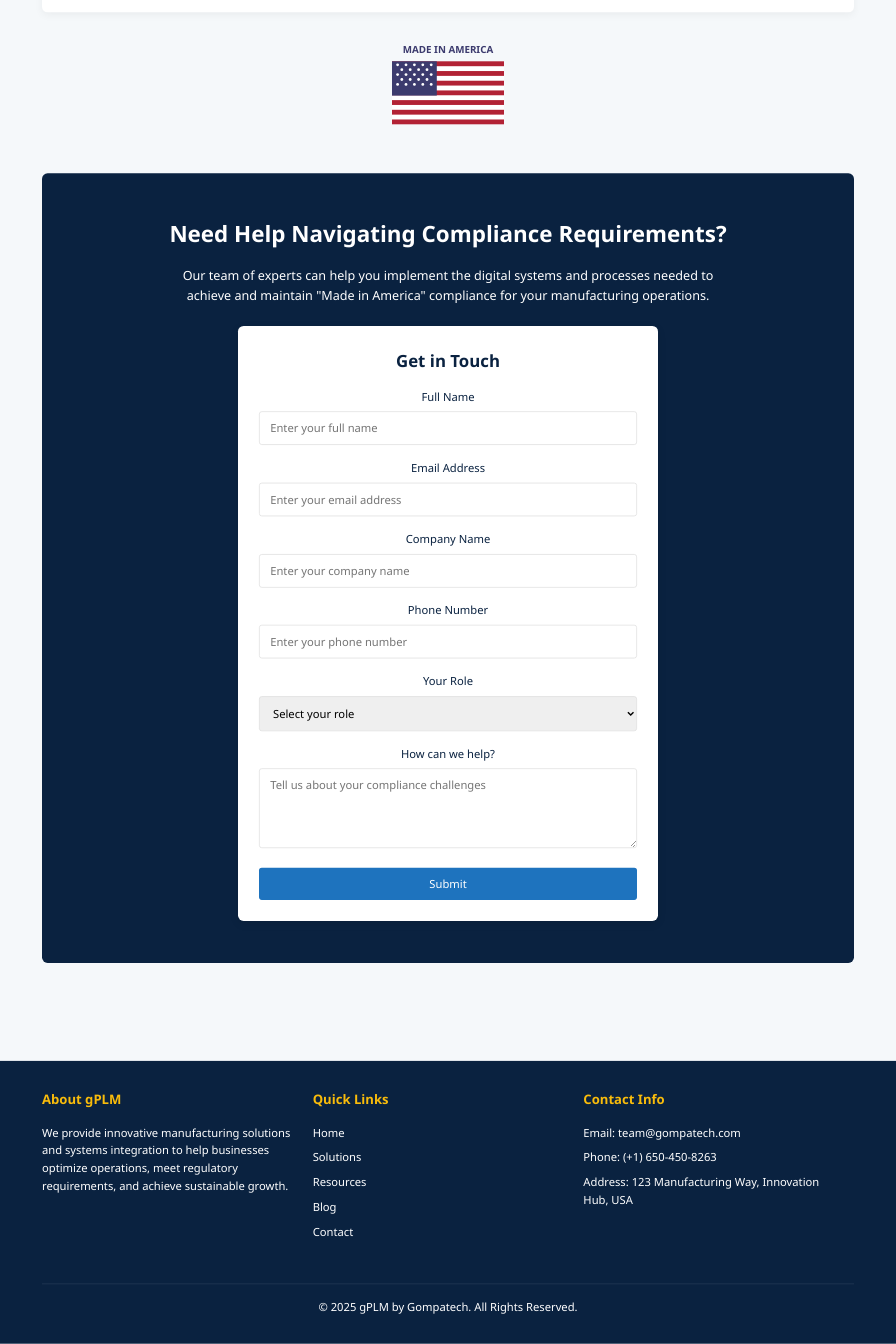
Repository: gompaBlogs/website
Page: mia.html
These files come from the project's save history. The page is drawn as it stood at one moment and after the next save; the edit follows.
The browser window is 1280 px wide. The pictures show the part of the page from y = 2531 to 4451 px (the page is 4451 px tall), at 70% of full size.

Above is the page before, as saved 2025-04-30 14:45:30.

### mia.html
<!DOCTYPE html>
<html lang="en">
<head>
    <meta charset="UTF-8">
    <meta name="viewport" content="width=device-width, initial-scale=1.0">
    <title>Unlocking Compliance: The Digital Backbone behind "Made in America" | gPLM Blog</title>
    <style>
        :root {
            --primary-color: #0a2240;
            --secondary-color: #1e73be;
            --accent-color: #f9bc0b;
            --text-color: #333;
            --light-bg: #f5f8fa;
            --white: #ffffff;
        }

        * {
            margin: 0;
            padding: 0;
            box-sizing: border-box;
            font-family: 'Segoe UI', Tahoma, Geneva, Verdana, sans-serif;
        }

        body {
            color: var(--text-color);
            line-height: 1.6;
            background-color: var(--light-bg);
        }

        .container {
            width: 100%;
            max-width: 1200px;
            margin: 0 auto;
            padding: 0 20px;
        }

        header {
            background-color: var(--primary-color);
            padding: 15px 0;
            box-shadow: 0 2px 10px rgba(0, 0, 0, 0.1);
            position: fixed;
            width: 100%;
            top: 0;
            z-index: 1000;
        }

        .header-content {
            display: flex;
            justify-content: space-between;
            align-items: center;
        }

        .logo {
            color: var(--white);
            font-size: 24px;
            font-weight: bold;
            text-decoration: none;
        }

        nav ul {
            display: flex;
            list-style: none;
        }

        nav ul li {
            margin-left: 25px;
        }

        nav ul li a {
            color: var(--white);
            text-decoration: none;
            transition: color 0.3s ease;
            font-weight: 500;
            font-size: 16px;
        }

        nav ul li a:hover {
            color: var(--accent-color);
        }

        .banner {
            margin-top: 80px;
            background-color: var(--secondary-color);
            color: var(--white);
            text-align: center;
            padding: 60px 20px;
            border-radius: 8px;
            box-shadow: 0 4px 12px rgba(0, 0, 0, 0.1);
            background-image: linear-gradient(rgba(10, 34, 64, 0.85), rgba(10, 34, 64, 0.85)), url('/api/placeholder/1200/400');
            background-size: cover;
            background-position: center;
        }

        .banner h1 {
            font-size: 36px;
            margin-bottom: 20px;
        }

        .banner p {
            font-size: 18px;
            max-width: 800px;
            margin: 0 auto;
        }

        .blog-content {
            padding: 40px 0;
        }

        .blog-post {
            background-color: var(--white);
            border-radius: 8px;
            box-shadow: 0 4px 12px rgba(0, 0, 0, 0.05);
            padding: 40px;
            margin-bottom: 40px;
        }

        .blog-post h2 {
            color: var(--primary-color);
            margin-bottom: 20px;
            font-size: 28px;
        }

        .blog-post h3 {
            color: var(--secondary-color);
            margin: 25px 0 15px;
            font-size: 22px;
        }

        .blog-meta {
            color: #777;
            font-size: 14px;
            margin-bottom: 30px;
            display: flex;
            align-items: center;
            border-bottom: 1px solid #eee;
            padding-bottom: 15px;
        }

        .blog-meta span {
            margin-right: 20px;
            display: flex;
            align-items: center;
        }

        .blog-meta i {
            margin-right: 5px;
        }

        .blog-post p {
            margin-bottom: 20px;
            font-size: 16px;
        }

        .blog-post ul, .blog-post ol {
            margin-bottom: 20px;
            padding-left: 40px;
        }

        .blog-post li {
            margin-bottom: 10px;
        }

        .blog-post strong {
            color: var(--primary-color);
        }

        .quote {
            background-color: var(--light-bg);
            border-left: 4px solid var(--secondary-color);
            padding: 20px;
            margin: 20px 0;
            font-style: italic;
        }

        .cta-section {
            background-color: var(--primary-color);
            color: var(--white);
            text-align: center;
            padding: 60px 20px;
            border-radius: 8px;
            margin-bottom: 40px;
        }

        .cta-section h3 {
            font-size: 32px;
            margin-bottom: 20px;
        }

        .cta-section p {
            margin-bottom: 30px;
            font-size: 18px;
            max-width: 800px;
            margin-left: auto;
            margin-right: auto;
        }

        .form-container {
            background-color: var(--white);
            border-radius: 8px;
            padding: 30px;
            box-shadow: 0 4px 12px rgba(0, 0, 0, 0.1);
            max-width: 600px;
            margin: 0 auto;
        }

        .form-container h3 {
            color: var(--primary-color);
            margin-bottom: 20px;
            font-size: 24px;
            text-align: center;
        }

        .form-group {
            margin-bottom: 20px;
        }

        .form-group label {
            display: block;
            margin-bottom: 8px;
            font-weight: 500;
            color: var(--primary-color);
        }

        .form-control {
            width: 100%;
            padding: 12px 15px;
            border: 1px solid #ddd;
            border-radius: 4px;
            font-size: 16px;
        }

        .btn {
            display: inline-block;
            background-color: var(--secondary-color);
            color: var(--white);
            padding: 12px 25px;
            border: none;
            border-radius: 4px;
            cursor: pointer;
            font-size: 16px;
            font-weight: 500;
            transition: background-color 0.3s ease;
        }

        .btn:hover {
            background-color: var(--accent-color);
        }

        .btn-block {
            display: block;
            width: 100%;
        }

        .made-in-america {
            display: flex;
            justify-content: center;
            margin: 40px 0;
        }

        footer {
            background-color: var(--primary-color);
            color: var(--white);
            padding: 40px 0;
            margin-top: 60px;
        }

        .footer-content {
            display: flex;
            justify-content: space-between;
            flex-wrap: wrap;
        }

        .footer-section {
            flex: 1;
            margin-right: 30px;
            min-width: 250px;
            margin-bottom: 30px;
        }

        .footer-section h3 {
            margin-bottom: 20px;
            color: var(--accent-color);
        }

        .footer-section ul {
            list-style: none;
        }

        .footer-section ul li {
            margin-bottom: 10px;
        }

        .footer-section ul li a {
            color: var(--white);
            text-decoration: none;
            transition: color 0.3s ease;
        }

        .footer-section ul li a:hover {
            color: var(--accent-color);
        }

        .footer-bottom {
            text-align: center;
            padding-top: 20px;
            border-top: 1px solid rgba(255, 255, 255, 0.1);
            margin-top: 20px;
        }

        @media screen and (max-width: 768px) {
            nav ul {
                display: none;
            }

            .footer-section {
                flex: 100%;
                margin-right: 0;
            }

            .blog-post {
                padding: 25px;
            }

            .banner h1 {
                font-size: 28px;
            }
        }
    </style>
</head>
<body>
    <header>
        <div class="container header-content">
            <a href="#" class="logo">gPLM Blog</a>
            <nav>
                <ul>
                    <li><a href="https://gplm.gompatech.com">Home</a></li>
                    <li><a href="https://blogs.gompatech.com">Blog</a></li>
                    <li><a href="#">Solutions</a></li>
                    <li><a href="#">Resources</a></li>
                    <li><a href="#">Contact</a></li>
                </ul>
            </nav>
        </div>
    </header>

    <div class="container">
        <div class="banner">
            <h1>Unlocking Compliance: The Digital Backbone behind "Made in America"</h1>
            <p>How modern manufacturing systems enable regulatory compliance and supply chain transparency</p>
        </div>

        <div class="blog-content">
            <div class="blog-post">
                <div class="blog-meta">
                    <span><i>📅</i> April 27, 2025</span>
                    <span><i>👤</i> By Siddharth Solanki</span>
                    <span><i>🏷️</i> Engineering Leadership, Compliance, Manufacturing</span>
                    <span><i>👥</i> Target Audience: VP of Engineering, Engineering Director</span>
                </div>

                <p>The ground beneath the manufacturing landscape is shifting. Regulations like "Made in America" and the "Build America, Buy America" (BABA) Act aren't just policy papers; they are fundamental changes impacting how we design, source, and build the critical engineering product solutions – that our customers rely on and that have made us an industry leader.</p>

                <p>Compliance isn't optional; it's essential for market access, customer trust, and maintaining the competitive edge. As an example, while working for a major pipeline solutions OEM in Tulsa, we were bidding for a federally funded project. Federal contractors for such projects may be required to prove the US-manufacturing location of the steel used per executive order on Strengthening Buy-American Preferences for Infrastructure Projects, specifically Sec. 3:</p>

                <div class="quote">
                    "to the extent consistent with law, encourage recipients of new Federal financial assistance awards pursuant to a covered program to use, to the greatest extent practicable, iron and aluminum as well as steel, cement, and other manufactured products produced in the United States in every contract, subcontract, purchase order, or sub‑award that is chargeable against such Federal financial assistance award."
                </div>

                <p>To the solutions architect in me, this compliance problem translated into a traceability problem, and information systems were the obvious answer. How can our PLM, ERP, SCM, and related systems empower us not just to claim compliance, but to prove it, efficiently and accurately?</p>

                <p>Simply put, we need granular, reliable, and accessible data. Gut feelings or historical assumptions about our supply chain won't cut it anymore.</p>

                <h3>Here's the kind of information engineers need readily available from our digital backbone:</h3>

                <h3>1. From our Product Lifecycle Management (PLM) System:</h3>
                <ul>
                    <li><strong>Granular Bill of Materials (BOM) Data:</strong> We need BOMs that don't just list parts, but link directly to approved manufacturers and, critically, their manufacturing locations.</li>
                    <li><strong>Component & Material Specifications:</strong> Clear documentation specifying required material origins (e.g., US-origin steel) where applicable within the design itself.</li>
                    <li><strong>Approved Manufacturer List (AML) / Approved Vendor List (AVL) Integration:</strong> Which suppliers are approved to make specific components, and where are their certified manufacturing sites located? This needs to be tied directly to the component record.</li>
                    <li><strong>Revision Control Traceability:</strong> How has the sourcing or material specification for a component changed over time? We need to know the compliance status for products built before and after specific changes.</li>
                </ul>

                <h3>2. From our Enterprise Resource Planning (ERP) & Supply Chain Management (SCM) Systems:</h3>
                <ul>
                    <li><strong>Verified Supplier Country of Origin (CoO):</strong> Not just the supplier's headquarters address, but the specific CoO for the parts they supply us. This needs to be a mandatory, audited field in our supplier master data and purchase orders.</li>
                    <li><strong>Purchase Order History & Traceability:</strong> For a specific batch of finished goods, can we trace exactly which purchase orders fulfilled the component requirements and their stated CoO?</li>
                    <li><strong>Manufacturing Location Data:</strong> Where was the final assembly or significant transformation of our product conducted? For multi-site companies, this is crucial. Was it performed in a US facility?</li>
                    <li><strong>Cost Data Breakdown:</strong> BABA often involves calculating the percentage of component cost that is domestic. We need our ERP to accurately track material costs, link them to their CoO, and allow us to calculate this percentage reliably for different products or product lines.</li>
                    <li><strong>Supplier Certifications:</strong> A repository or linked system to store and manage supplier affidavits, certifications of domestic content, or other required compliance documents. This needs to be easily linked back to the supplier and the parts they provide.</li>
                    <li><strong>Inventory Segmentation (Potentially):</strong> Can we segment inventory based on CoO or compliance status if we have parallel sourcing (e.g., US-made vs. imported component X)?</li>
                </ul>

                <h3>3. Connecting the Dots (Integration is Key):</h3>
                <p>The real power comes when these systems talk seamlessly. I need to visualize the journey:</p>
                <ul>
                    <li>PLM defines the product structure and approved sources.</li>
                    <li>ERP/SCM executes the sourcing, purchasing, and manufacturing based on that structure, capturing actual CoO, cost, and production location data.</li>
                    <li>We need dashboards and reports that pull data from both systems to provide a holistic compliance view for a specific product, project, or customer order. Can we run a report today showing the calculated domestic content percentage for our top 10 products based on current purchasing data?</li>
                </ul>

                <h3>The Challenge Ahead:</h3>
                <p>Getting this data isn't just about flipping a switch. It likely means:</p>
                <ul>
                    <li><strong>Data Cleansing and Enrichment:</strong> Auditing and updating existing supplier and component records.</li>
                    <li><strong>Process Changes:</strong> Enforcing new data entry requirements at the point of purchasing or supplier onboarding.</li>
                    <li><strong>System Enhancements:</strong> Potentially configuring or customizing our PLM/ERP systems to better capture and report on this specific data.</li>
                    <li><strong>Supplier Collaboration:</strong> Working closely with our supply chain partners to get accurate and timely information.</li>
                </ul>

                <p>As engineers and leaders in the manufacturing industry, we thrive on precision and reliability. Applying that same rigor to our internal data management is now paramount. By demanding and leveraging the right information from our systems, we can confidently navigate these new regulations and continue to deliver the trusted solutions our industry depends on, built on a foundation of verifiable compliance.</p>
            </div>

            <div class="made-in-america">
                <svg width="200" height="150" viewBox="0 0 200 150">
                    <!-- American Flag -->
                    <rect x="20" y="30" width="160" height="90" fill="#B22234" />

                    <!-- White Stripes -->
                    <rect x="20" y="37" width="160" height="6.92" fill="#FFFFFF" />
                    <rect x="20" y="50.84" width="160" height="6.92" fill="#FFFFFF" />
                    <rect x="20" y="64.68" width="160" height="6.92" fill="#FFFFFF" />
                    <rect x="20" y="78.52" width="160" height="6.92" fill="#FFFFFF" />
                    <rect x="20" y="92.36" width="160" height="6.92" fill="#FFFFFF" />
                    <rect x="20" y="106.2" width="160" height="6.92" fill="#FFFFFF" />

                    <!-- Blue Field -->
                    <rect x="20" y="30" width="64" height="49" fill="#3C3B6E" />

                    <!-- Stars (simplified) -->
                    <g fill="#FFFFFF">
                        <!-- Row 1 -->
                        <circle cx="28" cy="35" r="2" />
                        <circle cx="40" cy="35" r="2" />
                        <circle cx="52" cy="35" r="2" />
                        <circle cx="64" cy="35" r="2" />
                        <circle cx="76" cy="35" r="2" />

                        <!-- Row 2 -->
                        <circle cx="34" cy="42" r="2" />
                        <circle cx="46" cy="42" r="2" />
                        <circle cx="58" cy="42" r="2" />
                        <circle cx="70" cy="42" r="2" />

                        <!-- Row 3 -->
                        <circle cx="28" cy="49" r="2" />
                        <circle cx="40" cy="49" r="2" />
                        <circle cx="52" cy="49" r="2" />
                        <circle cx="64" cy="49" r="2" />
                        <circle cx="76" cy="49" r="2" />

                        <!-- Row 4 -->
                        <circle cx="34" cy="56" r="2" />
                        <circle cx="46" cy="56" r="2" />
                        <circle cx="58" cy="56" r="2" />
                        <circle cx="70" cy="56" r="2" />

                        <!-- Row 5 -->
                        <circle cx="28" cy="63" r="2" />
                        <circle cx="40" cy="63" r="2" />
                        <circle cx="52" cy="63" r="2" />
                        <circle cx="64" cy="63" r="2" />
                        <circle cx="76" cy="63" r="2" />
                    </g>

                    <!-- Text overlay -->
                    <text x="100" y="18" font-family="Arial" font-size="14" font-weight="bold" text-anchor="middle" fill="#3C3B6E">MADE IN AMERICA</text>
                </svg>
            </div>

            <div class="cta-section">
                <h3>Need Help Navigating Compliance Requirements?</h3>
                <p>Our team of experts can help you implement the digital systems and processes needed to achieve and maintain "Made in America" compliance for your manufacturing operations.</p>
                <div class="form-container">
                    <h3>Get in Touch</h3>
                    <form>
                        <div class="form-group">
                            <label for="name">Full Name</label>
                            <input type="text" id="name" class="form-control" placeholder="Enter your full name" required>
                        </div>
                        <div class="form-group">
                            <label for="email">Email Address</label>
                            <input type="email" id="email" class="form-control" placeholder="Enter your email address" required>
                        </div>
                        <div class="form-group">
                            <label for="company">Company Name</label>
                            <input type="text" id="company" class="form-control" placeholder="Enter your company name">
                        </div>
                        <div class="form-group">
                            <label for="phone">Phone Number</label>
                            <input type="tel" id="phone" class="form-control" placeholder="Enter your phone number">
                        </div>
                        <div class="form-group">
                            <label for="role">Your Role</label>
                            <select id="role" class="form-control">
                                <option value="">Select your role</option>
                                <option value="VP Engineering">VP of Engineering</option>
                                <option value="Engineering Director">Engineering Director</option>
                                <option value="Supply Chain Manager">Supply Chain Manager</option>
                                <option value="Compliance Officer">Compliance Officer</option>
                                <option value="Other">Other</option>
                            </select>
                        </div>
                        <div class="form-group">
                            <label for="message">How can we help?</label>
                            <textarea id="message" class="form-control" rows="4" placeholder="Tell us about your compliance challenges"></textarea>
                        </div>
                        <button type="submit" class="btn btn-block">Submit</button>
                    </form>
                </div>
            </div>
        </div>
    </div>

    <footer>
        <div class="container">
            <div class="footer-content">
                <div class="footer-section">
                    <h3>About gPLM</h3>
                    <p>We provide innovative manufacturing solutions and systems integration to help businesses optimize operations, meet regulatory requirements, and achieve sustainable growth.</p>
                </div>
                <div class="footer-section">
                    <h3>Quick Links</h3>
                    <ul>
                        <li><a href="https://gplm.gompatech.com">Home</a></li>
                        <li><a href="#">Solutions</a></li>
                        <li><a href="#">Resources</a></li>
                        <li><a href="#">Blog</a></li>
                        <li><a href="#">Contact</a></li>
                    </ul>
                </div>
                <div class="footer-section">
                    <h3>Contact Info</h3>
                    <ul>
                        <li>Email: team@gompatech.com</li>
                        <li>Phone: (+1) 650-450-8263</li>
                        <li>Address: 123 Manufacturing Way, Innovation Hub, USA</li>
                    </ul>
                </div>
            </div>
            <div class="footer-bottom">
                <p>&copy; 2025 gPLM by Gompatech. All Rights Reserved.</p>
            </div>
        </div>
    </footer>
</body>
</html>

After the next save:
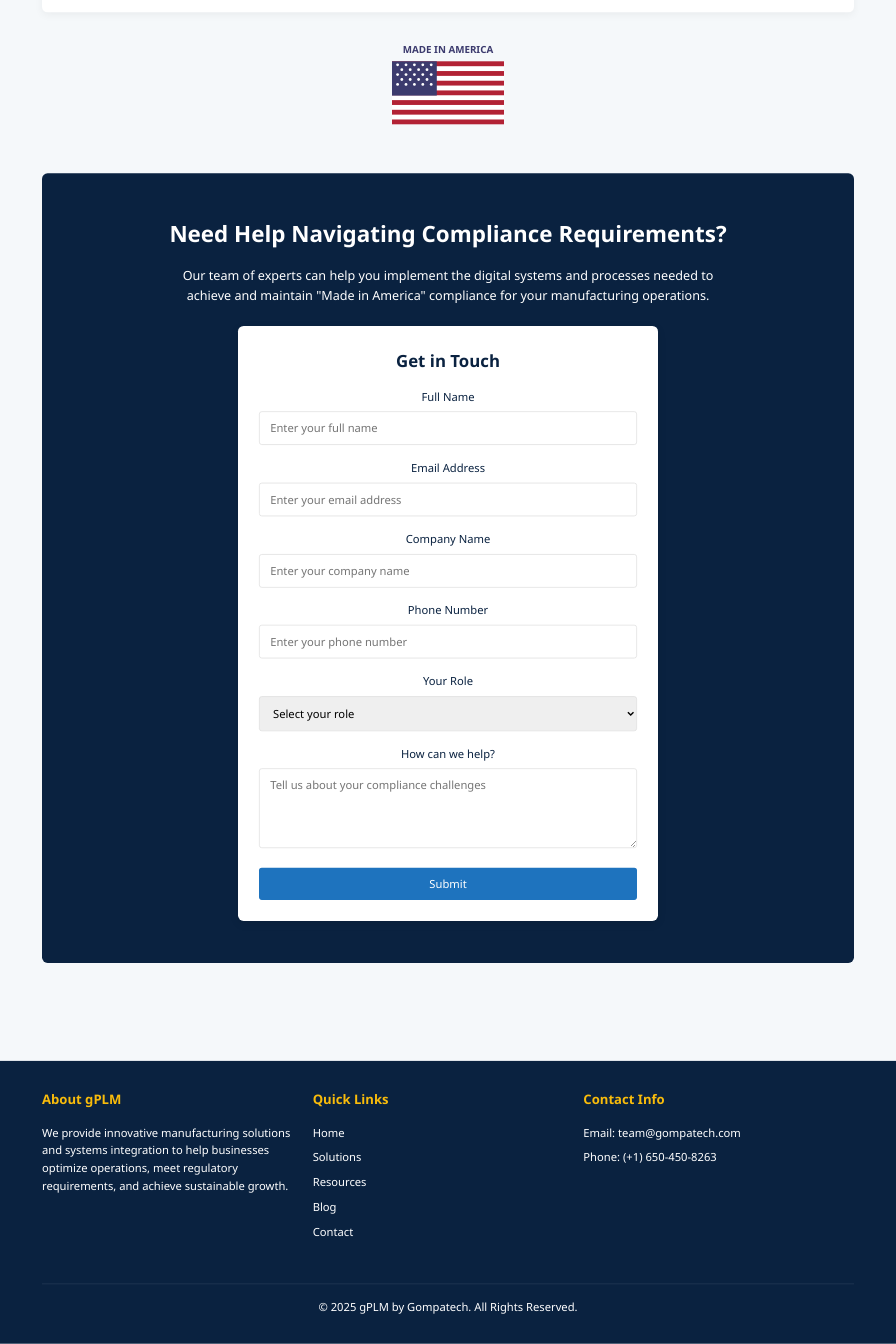
Saved 37 s later.
--- a/mia.html
+++ b/mia.html
@@ -533,7 +533,7 @@
                     <ul>
                         <li>Email: team@gompatech.com</li>
                         <li>Phone: (+1) 650-450-8263</li>
-                        <li>Address: 123 Manufacturing Way, Innovation Hub, USA</li>
+                        <!-- <li>Address: 123 Manufacturing Way, Innovation Hub, USA</li> -->
                     </ul>
                 </div>
             </div>
